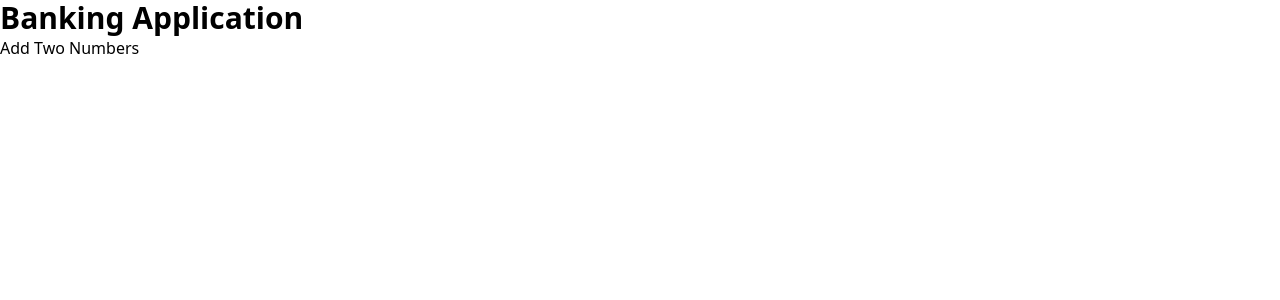
Repository: sundeeep/st33
Page: Servlet-JSP/BankingApp/src/main/webapp/index.html
An editor plug-in stored every save of this project. The page is shown before and after the next save, followed by the edit.
The browser window is 1280 px wide. The pictures show the whole page.
Some web libraries are served in a nearby version.

Above is the page before, as saved 2024-06-05 11:51:04.

### Servlet-JSP/BankingApp/src/main/webapp/index.html
<!DOCTYPE html>
<html>
<head>
	<meta charset="UTF-16">
	<meta name="viewport" content="width=device-width, initial-scale=1.0">
	<link rel="icon" type="image/x-icon" href="./images/favicon.ico">
  	<script src="https://cdn.tailwindcss.com"></script>
  	<script>
    tailwind.config = {
      theme: {
        extend: {
          colors: {
            clifford: '#da373d',
          }
        }
      }
    }
  </script>
	<title>Banking Application</title>
</head>
<body>
	<h1 class="text-3xl font-bold">Banking Application</h1>
	<a href="./additionForm.html">Add Two Numbers</a>
</body>
</html>

### Servlet-JSP/BankingApp/src/main/webapp/style.css
@charset "UTF-16";
@import url('https://fonts.googleapis.com/css2?family=Roboto:ital,wght@0,100;0,300;0,400;0,500;0,700;0,900;1,100;1,300;1,400;1,500;1,700;1,900&display=swap');
@import url('https://fonts.googleapis.com/css2?family=Oswald:wght@200..700&family=Roboto:ital,wght@0,100;0,300;0,400;0,500;0,700;0,900;1,100;1,300;1,400;1,500;1,700;1,900&display=swap');
*{
	margin: 0;
	padding: 0;
	box-sizing: border-box;
}

html, body{
	margin: 0 auto;
	height: 100vh;
	width: 100vw;
	font-family: 'Roboto', sans-serif;
}

After the next save:
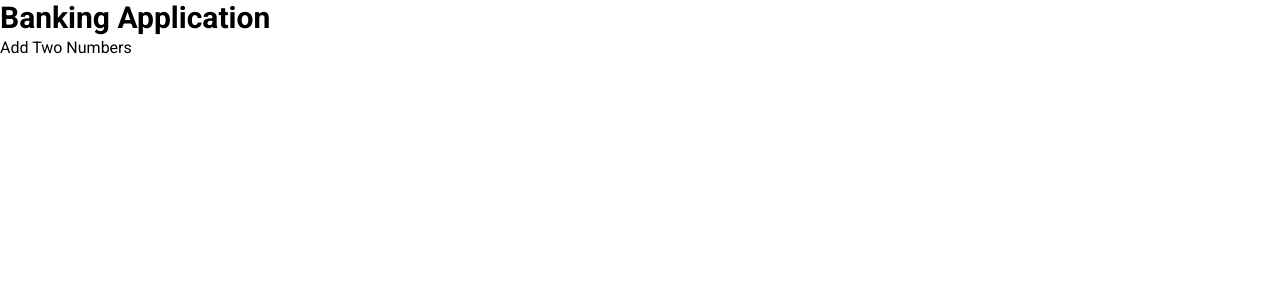
Saved 4 h 32 min later.
--- a/Servlet-JSP/BankingApp/src/main/webapp/index.html
+++ b/Servlet-JSP/BankingApp/src/main/webapp/index.html
@@ -4,6 +4,7 @@
 	<meta charset="UTF-16">
 	<meta name="viewport" content="width=device-width, initial-scale=1.0">
 	<link rel="icon" type="image/x-icon" href="./images/favicon.ico">
+	<link rel="stylesheet" type="text/css" href="./style.css" media="all" />
   	<script src="https://cdn.tailwindcss.com"></script>
   	<script>
     tailwind.config = {
